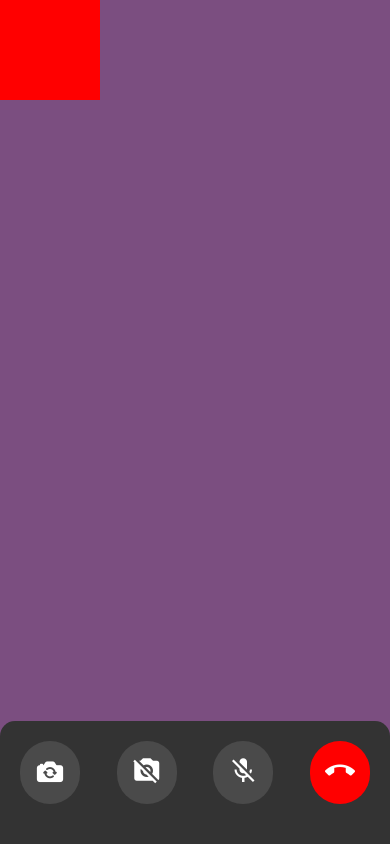
Repository: JennaFi/VideoCallApp
Screen: /Calling
The author's editor kept a copy of each file at every save. The screen is drawn from the files as they stood at one save, then again after the next save.
The app was drawn by React Native's web renderer in a window 390 px wide. The project was rebuilt for these pictures with package versions that can differ from the ones it lists, and the page was loaded fresh each time.

Above is the screen before, as saved 2022-01-14 00:06:08.

### App.js
/**
 * Sample React Native App
 * https://github.com/facebook/react-native
 *
 * @format
 * @flow strict-local
 */


import React from 'react'
import { StatusBar } from 'react-native'
import CallScreen from './src/screens/CallScreen'
// import CallingScreen from './src/screens/CallingScreen/index';
// import IncomingCallScreen from './src/screens/IncomingCallScreen'




const App = () => {


  return (
    < >
      <StatusBar barStyle={'dark-content'} />

      {/* <ContactsScreen /> */}
      {/* <CallingScreen /> */}
      {/* <IncomingCallScreen /> */}
      <CallScreen />

    </>
  )
}



export default App

### src/screens/CallScreen/index.js
import React from 'react'
import { StyleSheet, View } from 'react-native'
import CallActionBox from '../../components/CallActionBox'

const CallScreen = () => {
  return (
    <View style={styles.page}>
      <View style={styles.cameraPreview} />







      <CallActionBox />
    </View>
  )
}


const styles = StyleSheet.create({
  page: {
    flex: 1,
    backgroundColor: '#7b4e80'
  },
  cameraPreview: {
    // flex: 1,
    // alignItems: 'center',
    // paddingTop: 10,
    // paddingHorizontal: 10
    width: 100,
    height: 100,
    backgroundColor: 'red'
  }
})
export default CallScreen

### src/components/CallActionBox/index.js
import React from 'react'
import { StyleSheet, View } from 'react-native'
import Ionicons from 'react-native-vector-icons/Ionicons'
import MaterialIcons from 'react-native-vector-icons/MaterialCommunityIcons'


const CallActionBox = () => {
  return (

    <View style={styles.buttonsContainer}>
      <View style={styles.iconButton}>
        <Ionicons name='ios-camera-reverse' size={30} color={'white'} />
      </View>

      <View style={styles.iconButton}>
        <MaterialIcons name='camera-off' size={30} color={'white'} />
      </View>

      <View style={styles.iconButton}>
        <MaterialIcons name='microphone-off' size={30} color={'white'} />
      </View>

      <View style={[styles.iconButton, {backgroundColor: 'red'}]}>
        <MaterialIcons name='phone-hangup' size={30} color={'white'} />
      </View>

    </View>


  )
}


const styles = StyleSheet.create({
  buttonsContainer: {
    flexDirection: 'row',
    backgroundColor: '#333333',
    padding: 20,
    paddingBottom: 40,
    borderTopLeftRadius: 15,
    borderTopRightRadius: 15,
    justifyContent: 'space-between',
    marginTop: 'auto'


  },
  iconButton: {
    backgroundColor: '#4a4a4a',
    padding: 15,
    borderRadius: 50
  }
})


export default CallActionBox

After the next save:
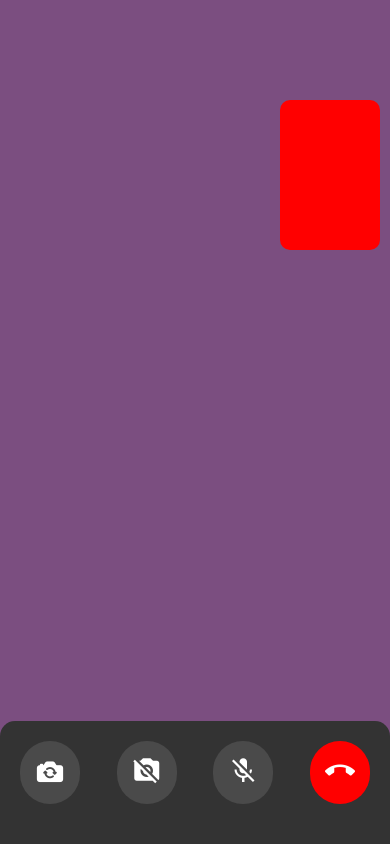
Saved 84 s later.
--- a/src/screens/CallScreen/index.js
+++ b/src/screens/CallScreen/index.js
@@ -30,8 +30,12 @@ const styles = StyleSheet.create({
     // paddingTop: 10,
     // paddingHorizontal: 10
     width: 100,
-    height: 100,
-    backgroundColor: 'red'
+    height: 150,
+    backgroundColor: 'red',
+    borderRadius: 10,
+    position: 'absolute',
+    right: 10,
+    top: 100
   }
 })
 export default CallScreen
